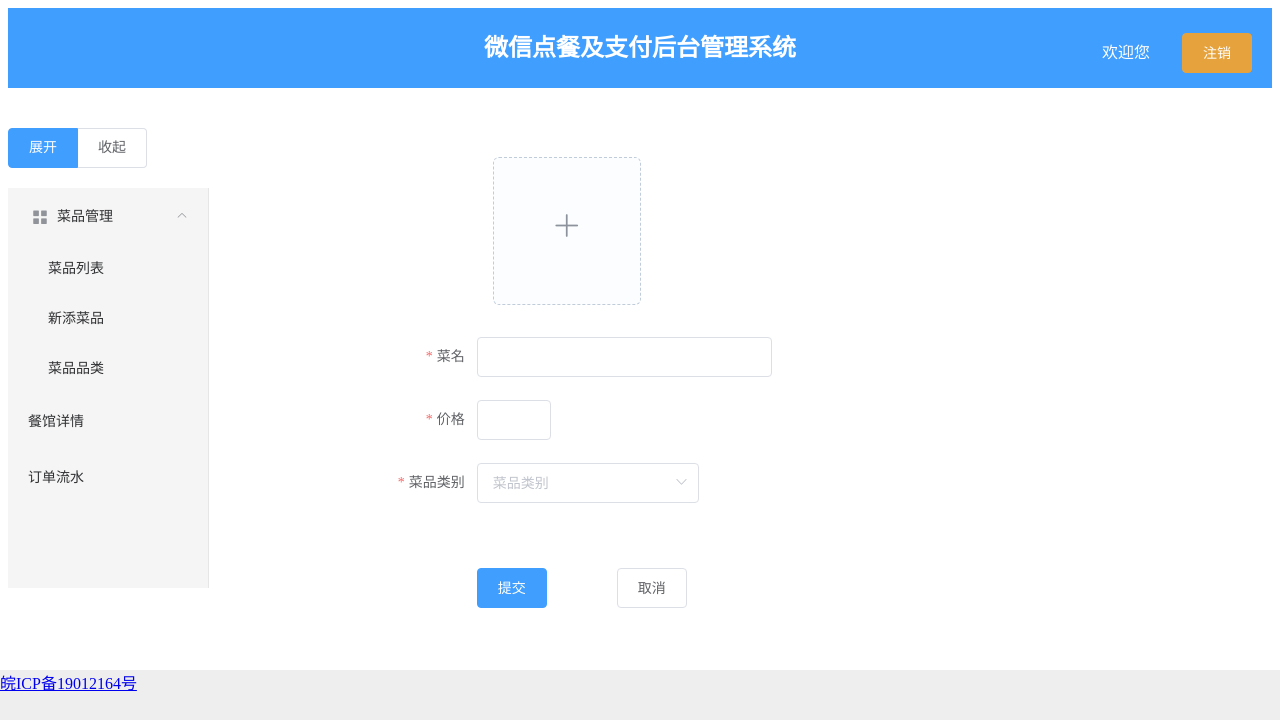
Repository: align-shi/order-web
Page: /pointpayment/hotelTable
An editor plug-in stored every save of this project. The page is shown before and after a run of saves, followed by the edit.
The browser window is 1280 px wide. The pictures show the whole page.
The page's requests for data from a server got no answer. The project was rebuilt for these pictures with package versions that can differ from the ones it lists, and the page was loaded fresh each time. No one was signed in, and anything a server would have sent is missing. Also part of the build but not shown: src/pages/login.vue.

Above is the page before, as saved 2020-03-11 10:23:48.

### index.html
<!DOCTYPE html>
<html>
  <head>
    <meta charset="utf-8">
    <meta name="viewport" content="width=device-width,initial-scale=1.0">
    <title>pointpayment_ele</title>
  </head>
  <body>
    <div id="app"></div>
    <!-- built files will be auto injected -->
  </body>
  <footer style="position: fixed;left: 0px;bottom: 0px;width: 100%;height: 50px;background-color: #eee;">
    <a href="http://www.beian.miit.gov.cn" target="_blank">皖ICP备19012164号</a>
  </footer>
</html>

### src/App.vue
<template>
  <div id="app">
    <transition name="fade" mode="out-in">
			<router-view></router-view>
		</transition>
  </div>
</template>

<script>
export default {
  name: 'App'
}
</script>

<style>
  .header{
    background-color: #409EFF;
    color: white;
    text-align: center;
  }
</style>

### src/pages/main.vue
<template>
    <div>
        <el-container>
            <el-header class="header" height="80px">
                <headers></headers>
            </el-header>
            <el-main>
                <!-- <span v-if="!user" class="loginFont">
                        <el-button type="success"  @click="login">点击登录</el-button>
                </span>   -->
                <div class="centerContent">
                    <transition name="fade" mode="out-in">
						<router-view></router-view>
					</transition>
                </div>

            </el-main>

            <el-aside>
                    <navMenuVue></navMenuVue>
            </el-aside>

        </el-container>

    </div>
</template>

<script>

    import headers from '../components/header.vue';
    import navMenuVue from '../components/NavMenu.vue';

    export default {

        created:function(){

        },
        methods: {
            login () {
                this.$router.replace('/login')
            },
            logout () {
                this.$store.dispatch('logout').then(() => {
                    this.$router.replace('/login')
                })
            },
            dataPath(){
                this.$router.replace('/dataTable')
            },
            getStatus (urlStr) {
                var urlStrArr = urlStr.split('/')
                return urlStrArr[urlStrArr.length - 1]
            }
        },

        computed: {
            user () {
                return this.$store.state.user
            }
        },
        components: {
            headers,
            navMenuVue,
            key() {
                return this.$route.name !== undefined? this.$route.name +new Date(): this.$route +new Date()
            }
         },
         watch:{
            '$route' (to, from) {
                console.log(this.getStatus(this.$route.path))
             }
         }
    }
</script>
<style>

    .userContent{
        position: relative;
        top: -50px;
        float: right;
    }
    .centerContent{
        position: absolute;
        top: 19%;
        left:15%;
        width:80%;
    }
    .loginFont{
        top: 30%;
        position: absolute;
        left:46%;
    }
</style>

### src/components/createMenu.vue
<template>
    <div class="form">
          <el-upload
            class="upload"
            action=""
            list-type="picture-card"
            :on-preview="handlePictureCardPreview"
            :on-remove="handleRemove"
            :limit = 1
            :before-upload="UpladFile"
            >
            <!--  :on-change="saveFile"  :auto-upload="false"  :on-change="saveFile" :auto-upload="false" :before-upload="UpladFile" -->
            <i class="el-icon-plus"></i>
          </el-upload>
          <el-dialog :visible.sync="dialogVisible">
            <img width="100%" :src="dialogImageUrl" alt="">
          </el-dialog>

          <el-form :model="form" label-width="80px" :rules="formRules" ref="form">
            <el-form-item label="菜名" prop="dishes">
              <el-input v-model="form.dishes" auto-complete="off" style="width:40%"></el-input>
            </el-form-item>

            <el-form-item label="价格" prop="price">
              <el-input v-model="form.price" auto-complete="off" style="width:10%"></el-input>
            </el-form-item>

            <el-form-item label="菜品类别" prop="typeId">
              <el-select clearable  v-model="form.typeId" placeholder="菜品类别" autocomplete="off"
                      style="width: 30%">
              <el-option v-for="item in typeList" :key="item.id" :label="item.typeName"
                        :value="item.id"></el-option>
              </el-select>
            </el-form-item>
          </el-form>

        <div class="buttons">
            <el-button type="primary" @click.native="submit" :loading="submitLoading">提交</el-button>
            <el-button @click.native="clean" style="margin-left:5em;">取消</el-button>
        </div>

    </div>
</template>
<script>
    export default {

        data(){
            return{
                file:{},
                dialogVisible:false,
                dialogImageUrl:'',
                fileList:[],        //文件列表
                typeList:[],        //菜品类别表
                form: {             //提交表单
                  dishes:'',
                  price:'',
                  picture:'',
                  typeId:'',
                },
                submitLoading:false,
                uploadingFile:false,
                //表单验证
                formRules: {
                  dishes: [
                    { required: true, message: '请输入菜名', trigger: 'blur' },
                  ],
                  price: [
                    { required: true, message: '请输入价格', trigger: 'blur' },
                  ],
                  typeId:[
                    { required: true, message: '请输入菜品类别', trigger: 'blur' },
                  ],
                },
            }
        },
        created:function(){
            this.getTypeList()
        },
        methods: {
            // saveFile(file){
            //     this.file  = file.raw;
            //     this.fileList = [...this.fileList, this.file];
            // },
            submit(){
                this.$refs.form.validate((valid) => {
					if (valid) {
						this.$confirm('确认提交吗？', '提示', {}).then(() => {
                        this.submitLoading = true;
                        let para = Object.assign({}, this.form);
							// para.publishingDate = (!para.publishingDate || para.publishingDate == '') ? '':util.formatDate.format(new Date(para.publishingDate), 'yyyy-MM-dd');
                            this.submitMenu(para);
						});
					}
				});
            },
            submitMenu:function(para){
                // alert(JSON.stringify(para));
                this.$axios.post('/menu/insert',para).then((res) => {
                    if(res.data!=null){
                        this.$message.success('提交成功');
                    }
                    this.$refs['form'].resetFields();
                    this.editLoading = false;

                }).catch(function(error){
                        console.log(error);
                })
            },
            getTypeList(){
                this.$axios.post('/type/list').then((res) =>{
                this.typeList = res.data;
                })
            },
            handleRemove(file, fileList) {
                console.log(file, fileList);
            },
            handlePictureCardPreview(file) {
                this.dialogImageUrl = file.url;
                this.dialogVisible = true;
            },
            a(){

            },
            UpladFile(file){

                this.fileList = [...this.fileList,file];
                const formData = new FormData();
                var list = this.fileList;
                var that = this;
                list.forEach((file) => {
                    console.log(file);
                    formData.append('files',file);
                });

                formData.append('path','pic');
                this.$axios.post('/file/uploadFile',formData).then((res) => {
                    if(res.data!=null){
                        this.fileList= [];
                        this.form.picture = res.data[0];

                    }
                }).catch(function(error){
                    this.uploadingFile = false;
                })
                this.uploadingFile = false;
            }
        },
        computed: {

        }
    }
</script>
<style>
    .upload{
      margin-left: 6em;
      margin-bottom: 2em;
    }

    .form{
        margin-top:2%;
        margin-left:20%;
    }

    .buttons{
        margin-top:4em;
        margin-left:5em;
    }
</style>

### src/components/orderTable.vue
<template>
    <div>
        <div style="margin-bottom: 1em;">
            <el-col :span="2">
                <el-input v-model="order.tablenumber"  placeholder="请输入桌号名"></el-input>
            </el-col>

            <el-col :span="5" :offset="1">
                <el-input v-model="order.wxaccount"  placeholder="顾客微信名" ></el-input>
            </el-col>
            <el-button @click="search" icon="el-icon-search">搜索</el-button>
        </div>


        <el-table ref="multipleTable" :data="tableData.slice((currentPage-1)*pageSize,currentPage*pageSize)" border style="width: 100%"
            @selection-change="handleSelectionChange" :cell-style="cellStyle" :header-cell-style="rowClass">


            <el-table-column type="expand">
                <template slot-scope="props">
                    <el-form label-position="left" inline class="demo-table-expand">
                        <div>
                            <el-card class="box-card" shadow="hover" v-for="(item,i) in props.row.carts" :key="i"
                                style="float:left;margin-left:1em;margin-bottom:.5em;background-color:#F5F5F5">
                                菜品 : {{item.dishes}}   &#12288;&#12288;单价 : {{item.price}}    &#12288;&#12288;数量 : {{item.quantity}}
                            </el-card>
                        </div>

                    </el-form>
                </template>
            </el-table-column>

            <el-table-column prop="openId" label="用户标识" show-overflow-tooltip width="140"></el-table-column>
            <el-table-column prop="wxaccount" label="顾客微信名" align="center"></el-table-column>
            <el-table-column prop="tablenumber" label="桌号" show-overflow-tooltip width="200"></el-table-column>
            <el-table-column prop="money" label="总额(元)" width="100"></el-table-column>

            <el-table-column label="操作">
            <template slot-scope="scope">
                <el-button type="warning" plain @click="handleChangeStatus(scope.$index, scope.row)" v-show="scope.row.status == 1">
                  请求处理    <i class="el-icon-loading"></i>
                </el-button>
                <div v-show="scope.row.status == 2"> 已处理&#12288;<i class="el-icon-check"></i></div>
                <!-- <i class="el-icon-check" v-show="scope.row.status == 2"></i> -->
            </template>
          </el-table-column>
        </el-table>

        <el-pagination background
            @size-change="handleSizeChange"
            @current-change="handleCurrentChange"
            :current-page="currentPage"
            :page-sizes="[5,10,50, 100]"
            :page-size="pageSize"
            layout="total, sizes, prev, pager, next, jumper"
            :total="total">
        </el-pagination>
    </div>
</template>

<script>
export default {
    data(){
        return {

                total:5,
                currentPage: 1,
　　　　　　　　　pageSize: 5,

                msg:"",//记录每一条的信息，便于取id

                tableData: [],
                multipleSelection: [],
                order:{
                    tablenumber:null,
                    wxaccount:''
                }

        }
    },

    created: function(){
      this.getPackData();
    },

    mounted() {
			this.getPackData();
    },
    methods: {

      getPackData() {

        this.$axios({
            method: 'post',
            url: '/order/getListBy',
            data:{}
        }).then((res) => {
            this.tableData = res.data;
            this.total=this.tableData.length;
            // alert(JSON.stringify(res.data));
        }).catch(function(error){
            console.log(error);
        })

      },
      search(){
        this.$axios({
            method: 'post',
            url: '/order/getListBy',
            data:this.order
        }).then((res) => {
            this.tableData = res.data;
            this.total=this.tableData.length;
            // alert(JSON.stringify(res.data));
        }).catch(function(error){
            console.log(error);
        })
      },
      toggleSelection(rows) {
          if (rows) {
              rows.forEach(function(row)  {
                  this.$refs.multipleTable.toggleRowSelection(row);
              });
          } else {
              this.$refs.multipleTable.clearSelection();
          }
      },
      handleSelectionChange(val) {
          this.multipleSelection = val;
      },
      callbackFunction(result) {
                alert(result + "aaa");
            },
      handleSizeChange(val){
        this.pageSize = val;
        this.currentPage = 1;
        // this.fetchData(1, val);
        // console.log(`每页 ${val} 条`);
      },
      handleCurrentChange(val){
        this.currentPage = val;
        // this.fetchData(val, this.pageSize);
        // console.log(`当前页: ${val}`);
      },
      cellStyle({row,column,rowIndex,columnIndex}){
        return "text-align:center;"
      },
      rowClass({row,rowIndex}){
        return "text-align:center;"
      },

      handleChangeStatus:function(index,row){

        this.$axios({
            method: 'post',
            url: '/order/handleOrder',
            params:{id:row.id}
        }).then((res) =>{
          if(res.data == true){
            this.$message.success('处理成功');
          }
          row.status = 2;
        }).catch(function(error){
          console.log(error)
          that.$message.error('处理失败')
        })

      }

    }

}
</script>
<style>
    .el-table th {
        text-align: center;
    }

    /* .el-table tbody tr td:first-child {
        text-align: center;
    } */
    .upload{
      margin-left: 6em;
      margin-bottom: 2em;
    }
</style>

### src/components/hotelTable.vue
<template>
    <div class="form">
        <el-upload
            class="upload"
            action=""
            list-type="picture-card"
            :on-preview="handlePictureCardPreview"
            :on-remove="handleRemove"
            :limit = 1
            :before-upload="UpladFile"
            >
            <!--  :on-change="saveFile"  :auto-upload="false"  :on-change="saveFile" :auto-upload="false" :before-upload="UpladFile" -->
            <i class="el-icon-plus"></i>
          </el-upload>
          <el-dialog :visible.sync="dialogVisible">
            <img width="100%" :src="dialogImageUrl" alt="">
          </el-dialog>

          <el-form :model="form" label-width="80px" :rules="formRules" ref="form">
            <el-form-item label="菜名" prop="dishes">
              <el-input v-model="form.dishes" auto-complete="off" style="width:40%"></el-input>
            </el-form-item>

            <el-form-item label="价格" prop="price">
              <el-input v-model="form.price" auto-complete="off" style="width:10%"></el-input>
            </el-form-item>

            <el-form-item label="菜品类别" prop="typeId">
              <el-select clearable  v-model="form.typeId" placeholder="菜品类别" autocomplete="off"
                      style="width: 30%">
              <el-option v-for="item in typeList" :key="item.id" :label="item.typeName"
                        :value="item.id"></el-option>
              </el-select>
            </el-form-item>
          </el-form>

        <div class="buttons">
            <el-button type="primary" @click.native="submit" :loading="submitLoading">提交</el-button>
            <el-button @click.native="clean" style="margin-left:5em;">取消</el-button>
        </div>
    </div>
</template>
<script>
    export default {

        data(){
            return{
                file:{},
                dialogVisible:false,
                dialogImageUrl:'',
                fileList:[],        //文件列表
                typeList:[],        //菜品类别表
                form: {             //提交表单
                  dishes:'',
                  price:'',
                  picture:'',
                  typeId:'',
                },
                submitLoading:false,
                uploadingFile:false,
                //表单验证
                formRules: {
                  dishes: [
                    { required: true, message: '请输入菜名', trigger: 'blur' },
                  ],
                  price: [
                    { required: true, message: '请输入价格', trigger: 'blur' },
                  ],
                  typeId:[
                    { required: true, message: '请输入菜品类别', trigger: 'blur' },
                  ],
                },
            }
        },
        created:function(){
            this.getTypeList()
        },
        methods: {
            // saveFile(file){
            //     this.file  = file.raw;
            //     this.fileList = [...this.fileList, this.file];
            // },
            submit(){
                this.$refs.form.validate((valid) => {
					if (valid) {
						this.$confirm('确认提交吗？', '提示', {}).then(() => {
                        this.submitLoading = true;
                        let para = Object.assign({}, this.form);
							// para.publishingDate = (!para.publishingDate || para.publishingDate == '') ? '':util.formatDate.format(new Date(para.publishingDate), 'yyyy-MM-dd');
                            this.submitMenu(para);
						});
					}
				});
            },
            submitMenu:function(para){
                // alert(JSON.stringify(para));
                this.$axios.post('/menu/insert',para).then((res) => {
                    if(res.data!=null){
                        this.$message.success('提交成功');
                    }
                    this.$refs['form'].resetFields();
                    this.editLoading = false;

                }).catch(function(error){
                        console.log(error);
                })
            },
            getTypeList(){
                this.$axios.post('/type/list').then((res) =>{
                this.typeList = res.data;
                })
            },
            handleRemove(file, fileList) {
                console.log(file, fileList);
            },
            handlePictureCardPreview(file) {
                this.dialogImageUrl = file.url;
                this.dialogVisible = true;
            },
            a(){

            },
            UpladFile(file){

                this.fileList = [...this.fileList,file];
                const formData = new FormData();
                var list = this.fileList;
                var that = this;
                list.forEach((file) => {
                    console.log(file);
                    formData.append('files',file);
                });

                formData.append('path','pic');
                this.$axios.post('/file/uploadFile',formData).then((res) => {
                    if(res.data!=null){
                        this.fileList= [];
                        this.form.picture = res.data[0];

                    }
                }).catch(function(error){
                    this.uploadingFile = false;
                })
                this.uploadingFile = false;
            }
        },
        computed: {

        }
    }
</script>
<style>
    .upload{
      margin-left: 6em;
      margin-bottom: 2em;
    }

    .form{
        margin-top:2%;
        margin-left:20%;
    }

    .buttons{
        margin-top:4em;
        margin-left:5em;
    }
</style>

### src/components/header.vue
<template>
    <div id="header">
        <h2>微信点餐及支付后台管理系统</h2>
        <div class="userContent">
            <span>
                <label>欢迎您</label>&nbsp;&nbsp;&nbsp;{{this.username}}&nbsp;&nbsp;&nbsp;&nbsp;
                <el-button type="warning"  @click="login" style="">注销</el-button>
            </span>
        </div>
    </div>
</template>

<script>
    export default {

        data(){
            return{
                username:''
            }
        },
        created:function(){
            this.username=this.getUserName();
        },
        methods: {
            login () {
                this.$router.replace('/login')
            },
            logout () {
                this.$store.dispatch('logout').then(() => {
                    this.$router.replace('/login')
                })
            },
            dataPath(){
                this.$router.replace('/dataTable')
            },
            getUserName(){
                if (document.cookie.length > 0) {
                    var arr = document.cookie.split('; '); //这里显示的格式需要切割一下自己可输出看下
                    for (var i = 0; i < arr.length; i++) {
                        var arr2 = arr[i].split('='); //再次切割
                        if (arr2[0] == 'userName') {
                            return arr2[1];
                        }
                    }
                }
            }
        },
        computed: {
            user () {
                return this.$store.state.user
            }
        }
    }
</script>
<style>
    .userContent{
        position: relative;
        top: -40px;
        float: right;
    }
</style>

### src/components/NavMenu.vue
<template>
    <div id="navMenu">
        <el-radio-group v-model="isCollapse" style="margin-bottom: 20px;">
            <el-radio-button :label="false">展开</el-radio-button>
            <el-radio-button :label="true">收起</el-radio-button>
        </el-radio-group>

         <el-menu default-active="1" class="el-menu-vertical-demo"
            @open="handleOpen" @close="handleClose" :collapse="isCollapse" @select="handleSelect" :router="true"
            background-color="#F5F5F5">

            <el-submenu v-for="(item,i) in navList" :key="'1'+i" v-show="item.second" :index="item.name">
                <template slot="title">
                    <i class="el-icon-menu"></i>
                    <span>{{ item.navItem}}</span>
                </template>
                <el-menu-item v-for="(sec,j) in item.second" :key="j" :index="sec.name">{{sec.navItem}}</el-menu-item>
            </el-submenu>

            <el-menu-item v-for="(item,i) in navList" :key="i" v-show="!item.second" :index="item.name">
            {{ item.navItem }}
            </el-menu-item>


        </el-menu>
    </div>
</template>

<script>
    export default {
        data() {
            return {
                isCollapse: false,
                navList:[
                    {name:'/hotelTable',navItem:'餐馆详情'},
                    {name:'/orderTable',navItem:'订单流水'},
                    {name:'1',navItem:'菜品管理',
                        second:[{name:'/menuTable',navItem:'菜品列表'},
                                {name:'/createMenu',navItem:'新添菜品'},
                                {name:'/typeTable',navItem:'菜品品类'}]},
                ]
            };
        },
        created:function(){

        },
        methods: {
            handleOpen(key, keyPath) {
                // console.log(key, keyPath);
            },
            handleClose(key, keyPath) {
                // console.log(key, keyPath);
            },
            handleSelect(key, keyPath) {
                // console.log(key, keyPath);
                this.$router.push(key);
            }
        }
  }
</script>
<style>
    .el-menu-vertical-demo:not(.el-menu--collapse) {
        width: 200px;
        min-height: 400px;
    }
</style>

Loaded but not shown: src/router/index.js (45 lines, source omitted); src/main.js (27 lines, source omitted); src/components/menuTable.vue (352 lines, source omitted); src/components/typeTable.vue (306 lines, source omitted)

After the next 2 saves:
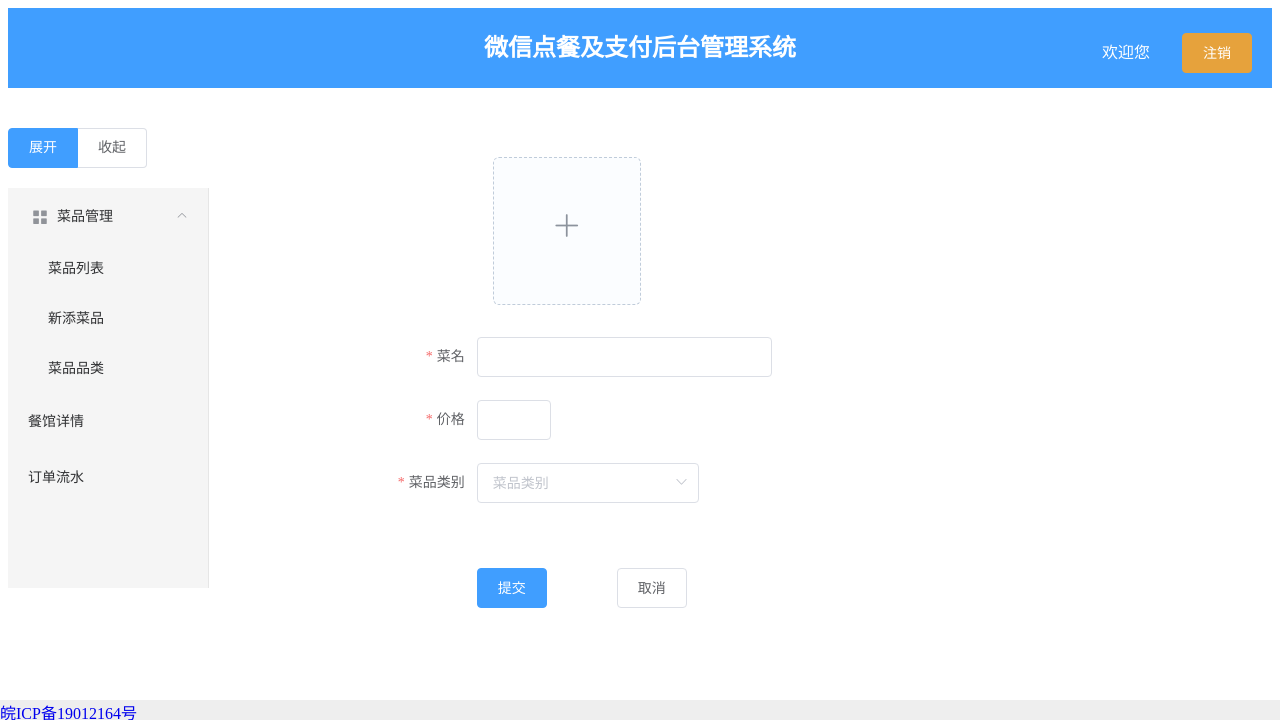
The 2 saves are shown as one change because they came seconds apart.
The last was saved 24 s later.
--- a/index.html
+++ b/index.html
@@ -9,7 +9,7 @@
     <div id="app"></div>
     <!-- built files will be auto injected -->
   </body>
-  <footer style="position: fixed;left: 0px;bottom: 0px;width: 100%;height: 50px;background-color: #eee;">
+  <footer style="position: fixed;left: 0px;bottom: 0px;width: 100%;height:20px;background-color: #eee;">
     <a href="http://www.beian.miit.gov.cn" target="_blank">皖ICP备19012164号</a>
   </footer>
 </html>
